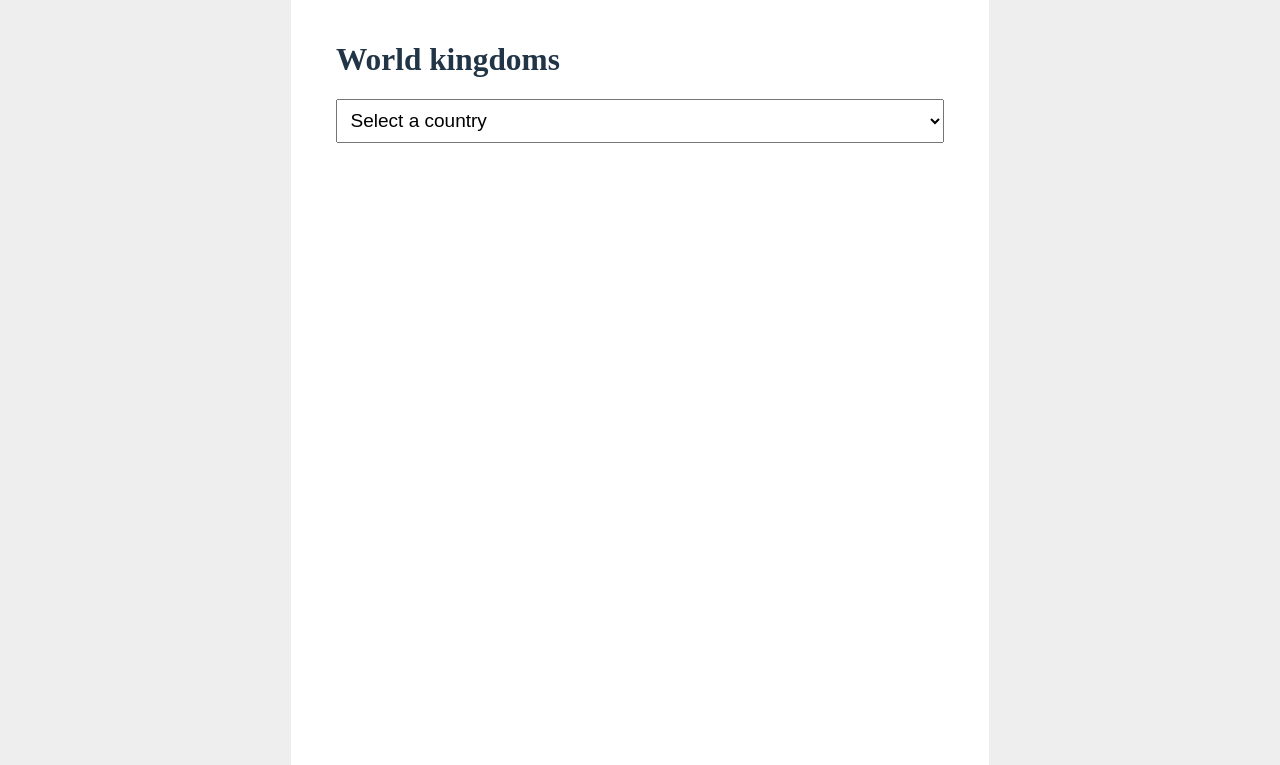
Repository: SamanthaYan298/my_world_kingdoms
Page: /
An editor plug-in stored every save of this project. The page is shown before and after the next save, followed by the edit.
The browser window is 1280 px wide. The pictures show the whole page.
The page's requests for data from a server got no answer. The project was rebuilt for these pictures with package versions that can differ from the ones it lists, and the page was loaded fresh each time. No one was signed in, and anything a server would have sent is missing. Also part of the build but not shown: vite.config.js.

Above is the page before, as saved 2024-11-20 18:35:47.

### src/App.jsx
import { useEffect, useState } from 'react'
import './App.css'
import Countries from '../components/Countries';

function App() {

  const [query, setQuery] = useState('');
  const [countries, setCountries] = useState([]);
  const [fetchStatus, setFetchStatus] = useState('idle');

  // load data on mount - only load once
  useEffect(() => {
    const url = ` https://restcountries.com/v3.1/name/kingdom`;

    async function fetchData() {
      let response, data;
      try{
        setFetchStatus('loading');
        response = await fetch(url);
        data = await response.json();
        setCountries(data);
        setFetchStatus('idle');
      } catch(e) {
        setFetchStatus('error');
        console.error(e.message);
      }
    }

    fetchData();

  }, [query]);

  let filteredCountries = [...countries];

  return (
    <>
    <div className='countries'>
      <h1>World kingdoms</h1>
      <select id="countries">
      <option>Select a country</option>
        <option value="NO">Norway</option>
        <option value="TO">Tonga</option>
        <option value="LS">Lesotho</option>
        <option value="SE">Sweden</option>
        <option value="SZ">Eswatini</option>
        <option value="MA">Morocco</option>
        <option value="BT">Bhutan</option>
        <option value="JO">Jordan</option>
        <option value="NL">Netherlands</option>
        <option value="SA">Saudi Arabia</option>
        <option value="DK">Denmark</option>
        <option value="BH">Bahrain</option>
        <option value="BE">Belgium</option>
        <option value="ES">Spain</option>
        <option value="KH">Cambodia</option>
        <option value="GB">United Kingdom</option>
        <option value="TH">Thailand</option>
      </select>
      <Countries countries={filteredCountries} />
    </div>

    </>
  )
}

export default App

### src/App.css
#root {
  width: 100%;
  height: 100%;
  margin: 0 auto;
  padding: 0 2rem;
  text-align: center;
  background-color: #eee;
  font-family: "DM Serif Text", serif;
  font-weight: 400;
  font-style: normal;
}

h1 {
  display: block;
  margin-block-start: 0.67em;
  margin-block-end: 0.67em;
  margin-inline-start: 0px;
  margin-inline-end: 0px;
  font-weight: bold;
  unicode-bidi: isolate;
  text-align: left;
  font-size: 1.4em;
}

.countries {
  width: 50%;
  background: #fff;
  margin: 0 auto;
  padding: 1em 2em;
  height: 100vh;
  text-align: left;
  font-size: 1.4em;
}

img {
  width: 50%;
}

p {
  padding: 0;
}

select {
  font-size: 0.85em;
  padding: .5em;
  display: inline-block;
  width: 100%;
}

### components/Countries.jsx
import '../src/App.css'

function Countries({ countries }) {

    return (
      <div className='outer-container'>
        {countries.map((country, index) => (
            <div key={index} className='cards-container'>
              <h1>{country.name.official}</h1>
              <img src={country.flags.png} alt={`Flag of ${country.name.common}`} />
              <h4 className='name'>{country.name.common}</h4>
              <div className='country-info'>
                <p>
                  <span><strong>Capital: </strong></span>
                  <span>{country.capital}</span>
                </p>
                <p>
                  <span><strong>Location in: </strong></span>
                  <span className='borders'>{country.subregion}</span>
                </p>
              </div>
            </div>
          ))}
      </div>
    );
  }

  export default Countries;

Loaded but not shown: index.html (common file); src/main.jsx (common file); src/index.css (common file)

After the next save:
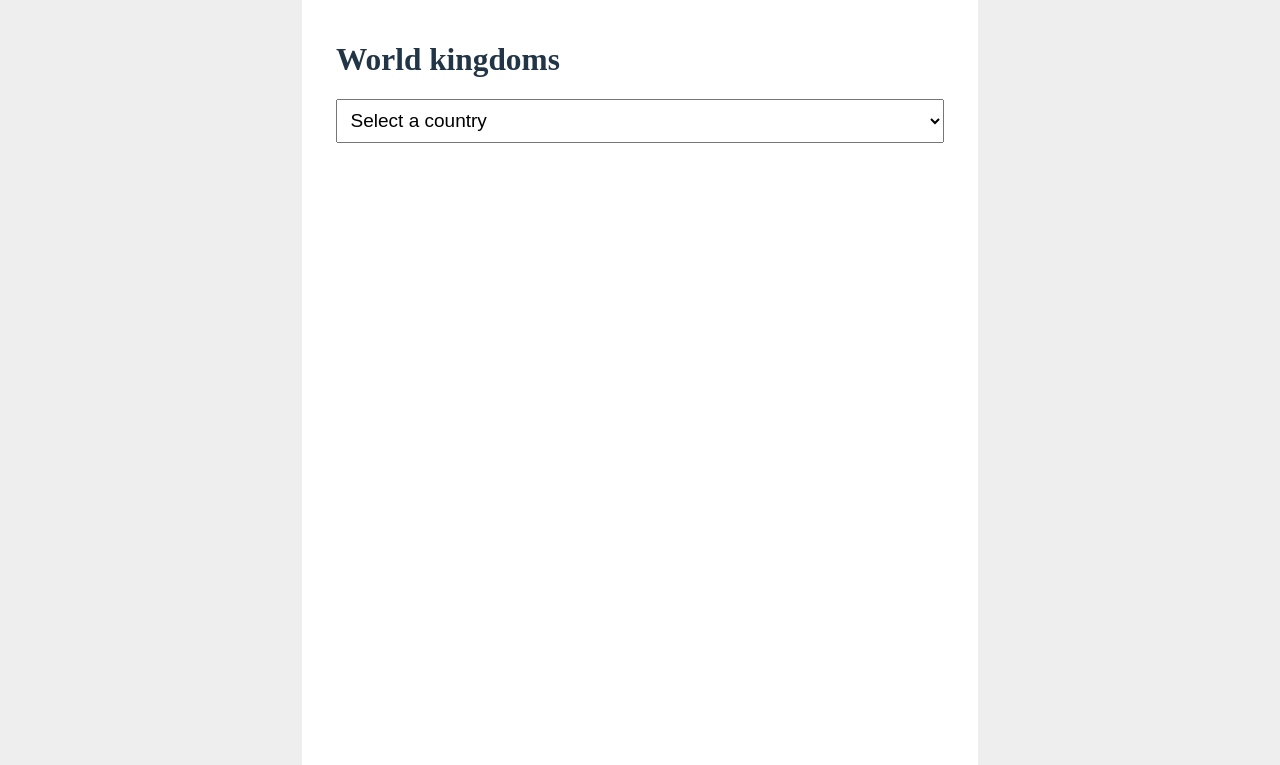
Saved 24 s later.
--- a/src/App.css
+++ b/src/App.css
@@ -26,7 +26,7 @@ h1 {
   width: 50%;
   background: #fff;
   margin: 0 auto;
-  padding: 1em 2em;
+  padding: 1em 1.5em;
   height: 100vh;
   text-align: left;
   font-size: 1.4em;
